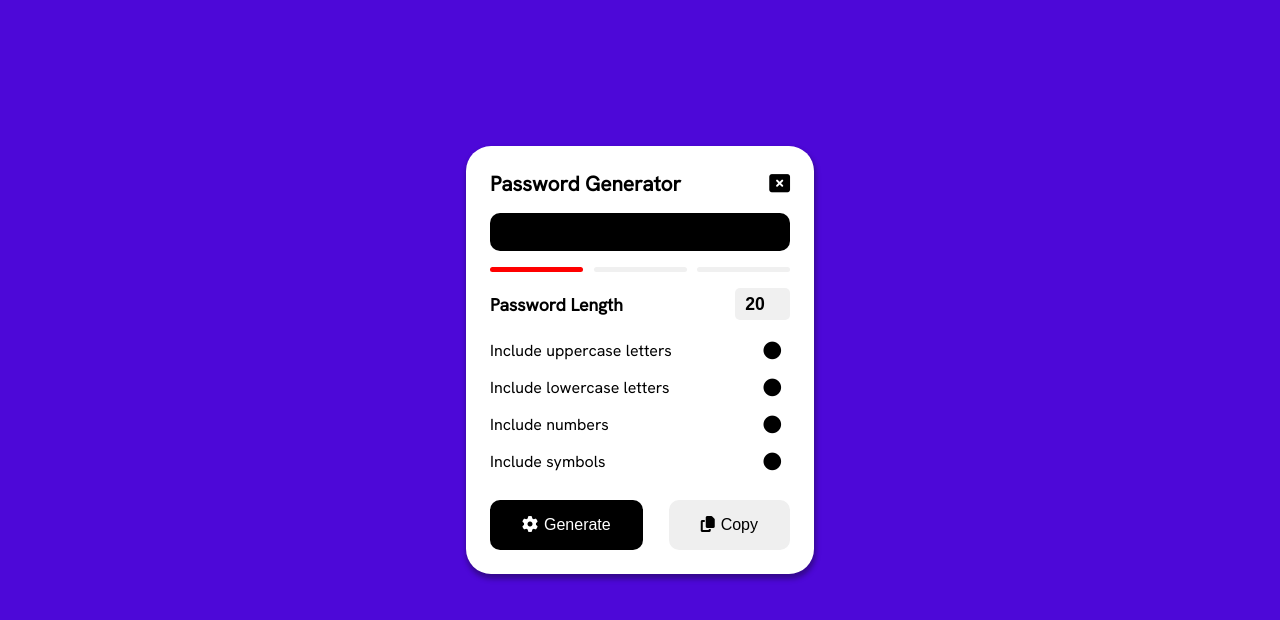
Repository: emiliaiwu/password_generator
Page: index.html
An editor plug-in stored every save of this project. The page is shown before and after the next save, followed by the edit.
The browser window is 1280 px wide. The pictures show the whole page.
Some web libraries are served in a nearby version.

Above is the page before, as saved 2022-12-17 21:13:37.
Console error: TypeError: Cannot read properties of null (reading 'addEventListener')

### index.html
<!DOCTYPE html>
<html lang="en">
<head>
    <meta charset="UTF-8">
    <meta http-equiv="X-UA-Compatible" content="IE=edge">
    <meta name="viewport" content="width=device-width, initial-scale=1.0">
    <link rel="stylesheet" href="style.css">
    <script src="https://kit.fontawesome.com/fd9c36575f.js" crossorigin="anonymous"></script>
    <title>Password Generator</title>
</head>
<body>
    <div class="container">
        <div class="title">
            <h2>Password Generator</h2>
            <i class="fa-solid fa-rectangle-xmark clear"></i>
        </div>

        <div class="display_password">
            <p class="result"></p>
            <!-- <span class="hide">
                <i class="fa-solid fa-eye hidebtn fa-eye-slash"></i>
                 <i class="fa-solid fa-eye-slash"></i> -->
            <!-- </span> -->
        </div>
        <div class="strength">
            <span class="weak"></span>
            <span class="medium"></span>
            <span class="strong"></span>
        </div>

        <div class="password_attributes">
            <div class="password_length">
                <label>Password Length</label>
                <input type="number" id="length" min="1" max="25" value="20">
            </div>
            <div class="password_includes">
                <ul>
                    <li class="list">
                        <label for="uppercase" id="uppercase_letters">Include uppercase letters
                            <input type="checkbox" name="uppercase" id="uppercase" class="uppercase" >
                            <i class="fa-solid fa-circle"></i>
                            <i class="fa-solid fa-circle-check"></i>
                        </label>
                    </li>
                    <li class="list">
                        <label for="lowercase" id="lowercase_letters">Include lowercase letters
                            <input type="checkbox" name="lowercase" id="lowercase" class="lowercase" >
                            <i class="fa-solid fa-circle"></i>
                            <i class="fa-solid fa-circle-check"></i>
                        </label>
                    </li>
                    <li class="list">
                        <label for="numbers" id="include_numbers">Include numbers
                            <input type="checkbox" name="numbers" id="numbers" class="numbers" >
                            <i class="fa-solid fa-circle"></i>
                            <i class="fa-solid fa-circle-check"></i>
                        </label>

                    </li>
                    <li class="list">
                        <label for="symbols" id="include_symbols">Include symbols
                             <input type="checkbox" name="symbols" id="symbols" class="symbols">
                            <i class="fa-solid fa-circle"></i>
                            <i class="fa-solid fa-circle-check"></i>
                        </label>

                    </li>
                </ul>
            </div>
        </div>

        <div class="cta">
            <button class="btn generate"><i class="fa-solid fa-gear"></i>Generate</button>
            <button class="btn copy"><i class="fa-solid fa-copy"></i>Copy</button>
        </div>
    </div>
<script src="script.js"></script>
</body>
</html>

### style.css
@import url('https://fonts.googleapis.com/css2?family=Hanken+Grotesk:wght@300;400&display=swap');


* {
    margin: 0;
    padding: 0;
    box-sizing: border-box;
    list-style-type: none;
}


:root {
    --BG-COLOR: #fff;
    --BG-COLOR2: #000000;
    --BG-COLOR3: #4d08d8;
    --FONT-COLOR: #000;
    --FONT-COLOR2: #FFF;
}


body {
    width: 100vw;
    height: 100vh;
    font-family: 'Hanken Grotesk', sans-serif;
    display: flex;
    align-items: center;
    justify-content: center;
    color: var(--FONT-COLOR);
    background-color: var(--BG-COLOR3);

}

.container {
    background-color: var(--BG-COLOR);
    display: flex;
    flex-direction: column;
    align-items: left;
    justify-content: space-between;
    gap: 1rem;
    padding: 1.5rem;
    border-radius: 25px;
    box-shadow: 1px 4px 5px 1px rgba(5, 5, 5, 0.35);
    -webkit-box-shadow: 1px 4px 5px 1px rgba(9, 9, 9, 0.35);

}


/* FONT */
h2 {
   font-size: 1.3rem;
   font-family: inherit;
}




/* FLEX */
.title,
label,
.password_length,
.cta,
.strength {
    display: flex;
    align-items: center;
    justify-content: space-between;
}

/* CLEAR BUTTON */
.fa-rectangle-xmark {
    font-size: 1.3rem;
    cursor: pointer;
}



/* DISPLAY PASSWORD */

.display_password {
    padding: 1.2rem 1.1rem 1.2rem 1.4rem;
    width: 300px;
    border-radius: 10px;
    background: var(--BG-COLOR2);
    color: var(--FONT-COLOR2);
    overflow: hidden;
    text-align: center;

}

.result {
    font-size: 1rem;
    /* padding-left: .8rem; */
    word-wrap: break-word;
    text-align: center;
}


/* Strength */
.strength {
    width: 100%;
}

.strength span {
    width: 31%;
    height: 5px;
    background-color: #f0f0f0;
    border-radius: 10px;
}

.strength .weak {
    background-color: red;
}




/* PASSWORD LENGTH */
.password_length {
    margin-bottom: 1rem;
}


.password_length label {
    font-size: 1.1rem;
    font-weight: 600;
    font-family: inherit;
}

.password_length input[type="number"] {
    width: 55px;
    padding: .4rem .4rem .3rem .4rem;
    font-size: 1.1rem;
    border: 2px solid var(--FONT-COLOR);
    border-radius: 5px;
    border: none;
    font-weight: 600;
    color: var(--FONT-COLOR);
    background-color: #f0f0f0;
    text-align: center;
}

.password_length input[type="number"]:focus {
    outline: none;
    background-color: #f0f0f0;
    transition: background-color 0.15s ease;
}



/* LIST ATTRIBUTES */
.list {
    margin-top: .5rem;
}

.list input[type="checkbox"] {
    padding: 1rem;
}

/* Hide the checkbox */
.list input {
    opacity: 0;
    cursor: pointer;
    margin: .5rem;
}

label {
     position: relative;
}

.list .fa-solid {
    position: absolute;
    top: 50%;
    right: 0;
    transform: translate(-50%, -50%);
    color: var(--BG-COLOR2);
    font-size: 1.1rem;
    cursor: pointer;
}

.fa-circle-check{
    opacity: 0;
}

/* CHECKED */
.list input:checked ~ .fa-circle-check {
    opacity: 1;
    transition: opacity .2s ease;
}

.list input:checked ~ .fa-circle {
    opacity: 0;
     transition: opacity .2s ease;
}


/* BUTTON */
.btn {
    margin-top: .5rem;
    padding: 1rem 2rem;
    font-size: 1rem;
    border: none;
    border-radius: 10px;
    cursor: pointer;

}

.generate {
    background-color: var(--BG-COLOR2);
    color: var(--FONT-COLOR2);
}

.generate:hover i{
    transform: rotate(180deg);
    transition: transform .4s ease;
}

.generate:focus {
    background-color: #38079c;
    outline: none;
}

.copy:focus {
    outline: none;
}

.btn .fa-solid {
    margin-right: 6px;
}

### script.js
'use strict';

// Select Elements
const clear = document.querySelector('.clear');
const resultEl = document.querySelector('.result');
const lengthEl = document.getElementById('length');
const uppercaseEl = document.getElementById('uppercase');
const lowercaseEl = document.getElementById('lowercase');
const numbersEl = document.getElementById('numbers');
const symbolsEl = document.getElementById('symbols');
const generateBtn = document.querySelector('.generate');
const copyBtn = document.querySelector('.copy');
const hide = document.querySelector('.hide');
const inputLength = document.querySelector('input[type=number]');




// HIDE THE PASSWORD
hide.addEventListener('click', () => {
	const hidebtn = document.querySelector('.hidebtn');
	hidebtn.classList.toggle('fa-eye');

	if (!hidebtn.classList.contains('fa-eye')) {

	}
});



// MIN AND MAX FUNCTIONALITY
const inputLimit = () => {
	inputLength.addEventListener('focus', (e) => {
		inputLength.style.backgroundColor = '#f0f0f0';
	})

	let min = +lengthEl.min;
	let max = +lengthEl.max;
	let length = +lengthEl.value;

	if (length <= max && length >= min) {
		length = +lengthEl.value;
		inputLength.style.backgroundColor = '#f0f0f0';
	} else {
		inputLength.style.backgroundColor = 'red';
		lengthEl.value = ' ';
	}
};


// Add EventListener to Generate
// generateBtn.addEventListener('click', () => {
// 	inputLimit();
// 	let length = +lengthEl.value;
// 	const hasUppercase = uppercaseEl.checked;
// 	const hasLowercase = lowercaseEl.checked;
// 	const hasNumbers = numbersEl.checked;
// 	const hasSymbols = symbolsEl.checked;

// 	const options = {
// 		length,
// 		hasUppercase,
// 		hasLowercase,
// 		hasNumbers,
// 		hasSymbols,
// 	};

// 	resultEl.textContent = generatePassword(options);

// });



// TRAVERSY MEDIA
const passwordGenerator1 = () => {
	//Generate Randoms Functions
	const getRandomUppercase = () => {
		return String.fromCharCode(Math.floor(Math.random() * 26) + 65);
	};

	const getRandomLowercase = () => {
		return String.fromCharCode(Math.floor(Math.random() * 26) + 97);
	};

	const getRandomNumbers = () => {
		return String.fromCharCode(Math.floor(Math.random() * 10) + 48);
	};

	const getRandomSymbols = () => {
		const symbols = '~!@#$%^&*()_-+={}[]|;:<>.,/?';
		return symbols[Math.floor(Math.random() * symbols.length)];
	};

	// Give Functions a Key
	const randomFunctions = {
		hasUppercase: getRandomUppercase,
		hasLowercase: getRandomLowercase,
		hasNumbers: getRandomNumbers,
		hasSymbols: getRandomSymbols,
	};

	// Add EventListener to Generate Button
	generateBtn.addEventListener('click', () => {
		inputLimit();
		const length = +lengthEl.value;
		const hasUppercase = uppercaseEl.checked;
		const hasLowercase = lowercaseEl.checked;
		const hasNumbers = numbersEl.checked;
		const hasSymbols = symbolsEl.checked;

		resultEl.textContent = generatePassword(length, hasUppercase,
			hasLowercase, hasNumbers, hasSymbols);
	});



	const generatePassword = (
		length,
		hasUppercase,
		hasLowercase,
		hasNumbers,
		hasSymbols
	) => {
		let generatedPassword = '';
		const selectedChar =
			hasUppercase +
			hasLowercase +
			hasNumbers +
			hasSymbols;

		if (selectedChar === 0) return '';

		const charArray = [{ hasUppercase }, { hasNumbers },
		{ hasSymbols }, { hasLowercase }].filter((char) =>
			Object.values(char)[0]);

		for (let i = 0; i < length; i += selectedChar){
			charArray.forEach((char) => {
				const functionName = Object.keys(char)[0];
				generatedPassword += randomFunctions[functionName]();
			})
		}

		const password = generatedPassword.slice(0, length);
		return password;

	};
};

passwordGenerator1();

























const passwordGenerator2 = () => {
	// Variables
	const characterCodes = Array.from(Array(26)).map((_, i) => i + 65);
	const uppercase = characterCodes.map(code => String.fromCharCode(code));
	const lowercase = uppercase.map(letter => letter.toLowerCase());
	const numbers = ['0', '1', '2', '3', '4', '5', '6', '7', '8', '9'];
	const symbolStr = '~!@#$%^&*()_-+={}[]|;:<>.,/?';
	const symbols = symbolStr.split('');
}







// PASSWORD GENERATOR
const passwordGenerator3 = () => {
	function generatePassword() {
		// Set up variables for the password
		const passwordLength = 12; // Length of the password
		const useLowercase = true; // Use lowercase letters
		const useUppercase = true; // Use uppercase letters
		const useNumbers = true; // Use numbers
		const useSymbols = true; // Use symbols

		// Set up the characters that can be used in the password
		let possibleCharacters = '';
		if (useLowercase) {
			possibleCharacters += 'abcdefghijklmnopqrstuvwxyz';
		}
		if (useUppercase) {
			possibleCharacters += 'ABCDEFGHIJKLMNOPQRSTUVWXYZ';
		}
		if (useNumbers) {
			possibleCharacters += '0123456789';
		}
		if (useSymbols) {
			possibleCharacters += '!@#$%^&*()_+-=[]{}|;\':"<>,./?';
		}

		// Generate the password
		let password = '';
		for (let i = 0; i < passwordLength; i++) {
			password += possibleCharacters.charAt(
				Math.floor(Math.random() * possibleCharacters.length)
			);
		}

		return password;
	}

}

After the next save:
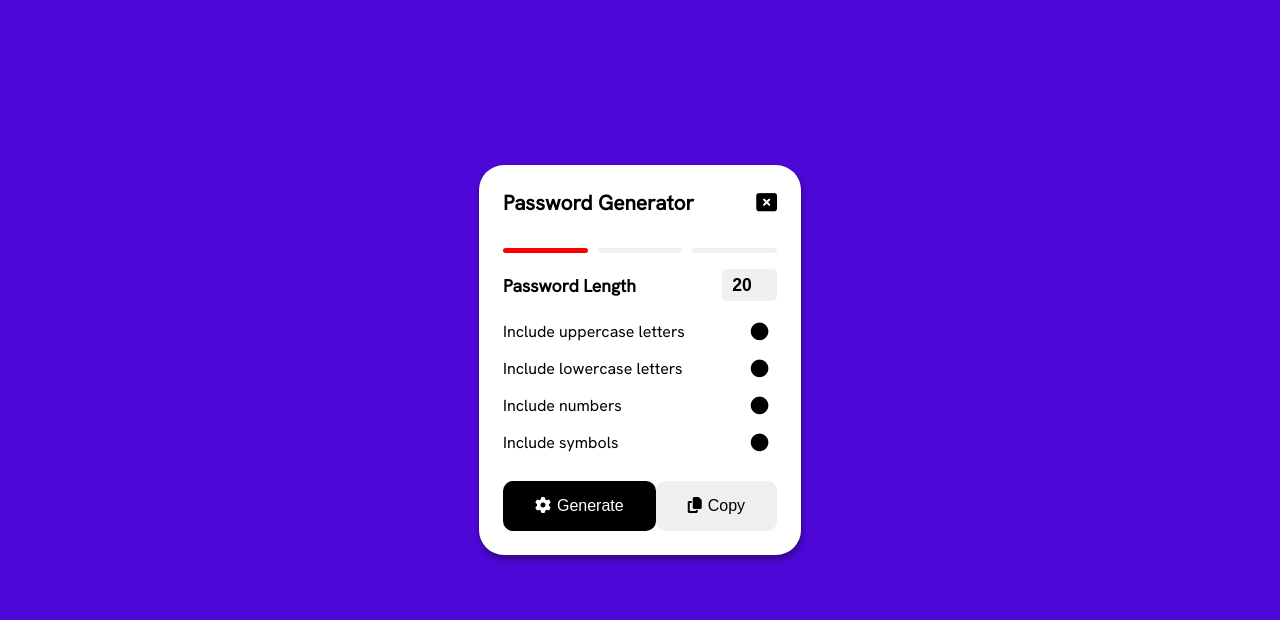
Saved 10 s later.
--- a/style.css
+++ b/style.css
@@ -76,7 +76,7 @@
 /* DISPLAY PASSWORD */
 
 .display_password {
-    padding: 1.2rem 1.1rem 1.2rem 1.4rem;
+    padding: 1.2rem 1.1
     width: 300px;
     border-radius: 10px;
     background: var(--BG-COLOR2);

After the 2 saves that followed:
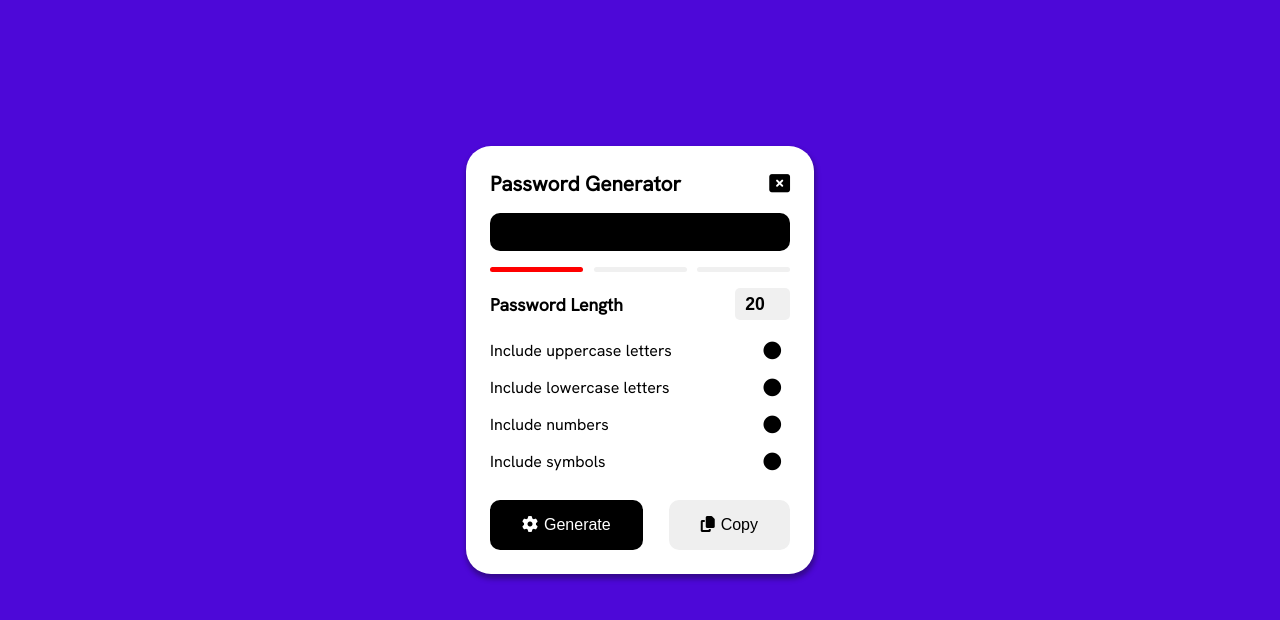
The 2 saves are shown as one change because they came seconds apart.
The last was saved 6 s later.
--- a/style.css
+++ b/style.css
@@ -76,7 +76,7 @@
 /* DISPLAY PASSWORD */
 
 .display_password {
-    padding: 1.2rem 1.1
+    padding: 1.2rem 1.4rem;
     width: 300px;
     border-radius: 10px;
     background: var(--BG-COLOR2);
